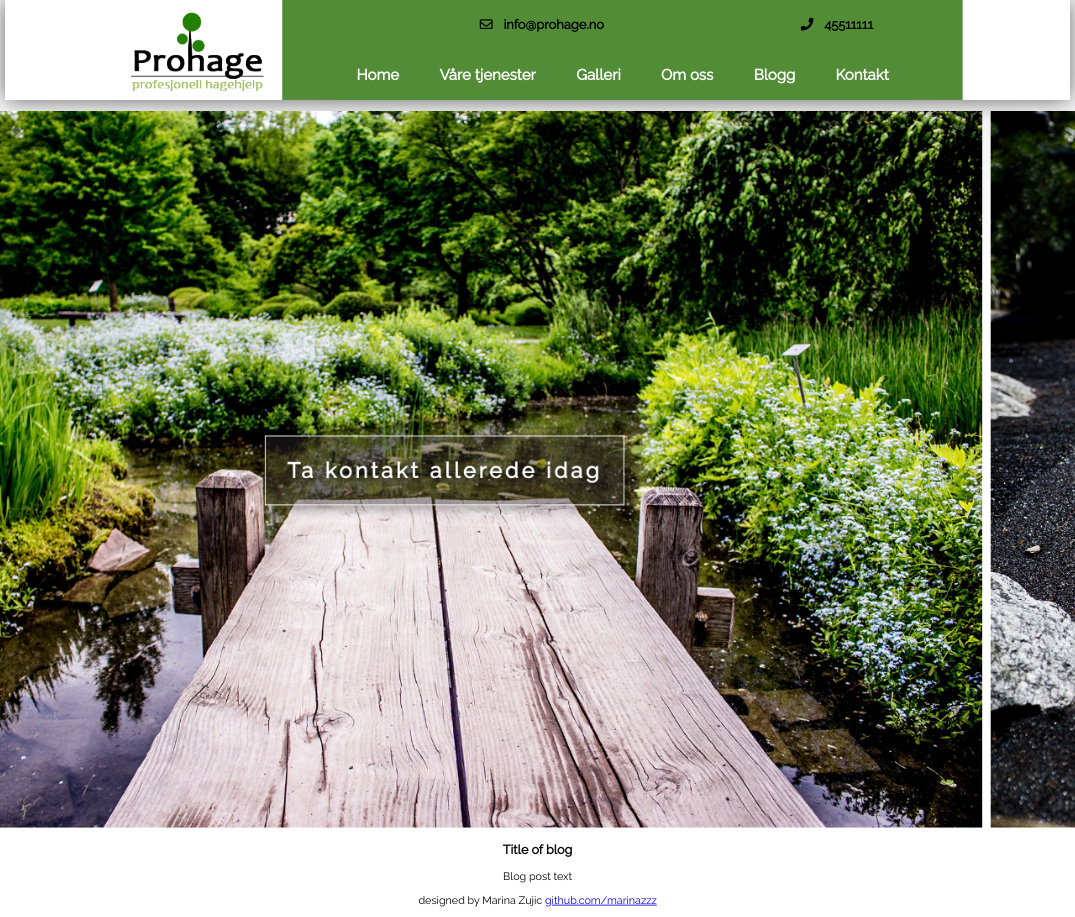
Repository: marinazzz/garden-design-website
Page: Garden design website/index.html
An editor plug-in stored every save of this project. The page is shown before and after the next save, followed by the edit.
The browser window is 1280 px wide. The pictures show the whole page, at 84% of full size.

Above is the page before, as saved 2020-03-30 13:45:04.

### Garden design website/index.html
<!DOCTYPE html>
<html lang="nb">
<head>
    <title>Hagedesign Oslo</title>
    <link rel="stylesheet" type="text/css" href="CSS/fontawesome-free-5.12.1-web/css/all.min.css">
    <link rel="stylesheet" type="text/css" href="CSS/style.css"/>
    <link rel="stylesheet" type="text/css" href="CSS/min-width-768px.css">
    <link rel="stylesheet" type="text/css" href="CSS/min-width-992px.css">
    <link rel="stylesheet" href="https://cdnjs.cloudflare.com/ajax/libs/animate.css/3.7.2/animate.min.css">
    <link rel="stylesheet" type="text/css" href="PLUGINS/glide-master/dist/css/glide.core.min.css" />
    <link rel="stylesheet" type="text/css" href="PLUGINS/glide-master/dist/css/glide.theme.min.css" />
    <link href="https://fonts.googleapis.com/css?family=Raleway&display=swap" rel="stylesheet">
    <meta name="viewport" content="width=device-width, initial-scale=1" charset="UTF-8">
</head>
<body>
    <header class="header--white-green">
        <div class="container__menu--small container__menu container--max-width"> <!--grid container-->
            <div class="container__logo"> <!--1.column-->
                <img class="logo"src="images/prohage black.png" alt="Prohage logo">
            </div>
            <div class="container__items--small container__items"> <!--2.column-->
                <div class="container__item"> <!--1.row-->
                     <a href="mailto:info@prohage.no"
                         class ="container__item-txt"><i class="far fa-envelope"></i>info@prohage.no</a>
                     <a href="tlf:45511111"
                         class="container__item-txt"><i class="fas fa-phone"></i>45511111</a>
                </div>
               <div class="container__item-bottom"> <!--2.row-->
                   <button class="menu__toggle">
                       <i class="fas fa-bars"></i>
                   </button>
                   <nav id="menu">
                        <ul class="menu__list">
                            <li class="menu__item">
                                <a class="menu__link" href="home">Home</a>
                            </li>
                            <li class="menu__item">
                                <a class="menu__link" href="#services">Våre tjenester</a>
                            </li>
                            <li class="menu__item">
                                <a class="menu__link" href="#gallery">Galleri</a>
                            </li>
                            <li class="menu__item">
                                <a class="menu__link" href="#about">Om oss</a>
                            </li>
                            <li class="menu__item">
                                <a class="menu__link" href="#blog">Blogg</a>
                            </li>
                            <li class="menu__item">
                                <a class="menu__link" href="kontakt">Kontakt</a>
                            </li>
                       </ul>
                   </nav>
               </div>
            </div>
        </div>
        <section id="main-photo">
            <div class="glide">
                <div class="glide__track"
                     data-glide-el="track">
                    <ul class="glide__slides">
                        <li class="glide__slide">
                            <img class="main-photo__item"
                                 srcset="images/daylight-environment-garden-2000.jpg 2000w,
                                         images/daylight-environment-garden-1000.jpg 1000w"
                                 sizes="(min-width: 1440px) 2000px, 100vw"
                                 src="images/daylight-environment-garden-2000.jpg" alt="Garden and plants" />
                                 <h1 class="main-photo__title">Profesjonell hagehjelp</h1>
                        </li>
                        <li class="glide__slide">
                            <img class="main-photo__item"
                                 srcset="images/main-header-photo-2000.jpg 2000w,
                                          images/main-header-photo-1000.jpg 1000w"
                                 sizes="(min-width: 1440px) 2000px, 100vw"
                                 src="images/main-header-photo-2000.jpg" alt="Garden and plants" />
                                 <h1 class="main-photo__title">Ta kontakt allerede idag</h1>
                                </li>
                        <li class="glide__slide">
                            <img class="main-photo__item"
                                 srcset="images/header-photo-2000.jpg 2000w,
                                         images/header-photo-1000.jpg 1000w"
                                 sizes="(min-width: 1440px) 2000px, 100vw"
                                 src="images/header-photo-2000.jpg" alt="Garden designed by proffesional" />
                                 <h1 class="main-photo__title">Rådgiving og tipser</h1>
                        </li>
                        <li class="glide__slide">
                            <img class="main-photo__item"
                                 srcset="images/bloom-blooming-blur-2000.jpg 2000w,
                                         images/bloom-blooming-blur-1000.jpg 1000w"
                                 sizes="(min-width: 1440px) 2000px, 100vw"
                                 src="images/bloom-blooming-blur-2000.jpg" alt="Garden designed by proffesional" />
                                 <h1 class="main-photo__title">Følg vår hageblogg</h1>
                        </li>
                    </ul>
                </div>
                <!--<div class="glide__arrows"
                         data-glide-el="controls">
                        <button class="glide__arrow glide__arrow--left"
                                data-glide-dir="<">
                            <i class="fas fa-chevron-circle-left"></i>
                        </button>
                        <button class="glide__arrow glide__arrow--right"
                                data-glide-dir=">">
                            <i class="fas fa-chevron-circle-right"></i>
                        </button>
                    </div>-->
            </div>

            <!--<img class="main-photo__item1"
                 srcset="images/architecture-clouds-daylight-2000.jpg 2000w,
                         images/architecture-clouds-daylight-1000.jpg 1000w"
                 sizes="(min-width: 1440px) 2000px, 100vw"
                 src="images/architecture-clouds-daylight-2000.jpg" alt="Garden">
            <img class="main-photo__item2"
                 srcset="images/header-photo-2000.jpg 2000w,
                         images/header-photo-1000.jpg 1000w"
                 sizes="(min-width: 1440px) 2000px, 100vw"
                 src="images/header-photo-2000.jpg" alt="Garden designed by proffesional" >
            <img class="main-photo__item3"
                 srcset="images/main-header-photo-2000.jpg 2000w,
                         images/main-header-photo-1000.jpg 1000w"
                 sizes="(min-width: 1440px) 2000px, 100vw"
                 src="images/main-header-photo-2000.jpg" alt="Garden and plants" >
            <h1 class="main-photo__title">Profesjonell hagehjelp</h1>-->
        </section>
     </header>
     <main>
         <section id="services">

         </section>
         <section id="gallery">

        </section>
         <article id="blog-posts">
             <h3>Title of blog</h2>
             <p>Blog post text</p>
         </article>
         <section id="about oss">

        </section>
     </main>
     <footer>
	     <p>designed by Marina Zujic
		     <a href="https://github.com/marinazzz">github.com/marinazzz</a>
	     </p>
     </footer>
     <script src="PLUGINS/glide-master/dist/glide.min.js"></script>
     <script>
        new Glide('.glide', {
            type: 'carousel',
            autoplay: true,
            hoverpause: false,
            perView: 1,
            direction: 'rtl',
            animationDuration: 10000
        }).mount()
      </script>
     <script src="JS/js-app.js"></script>
</body>
</html>

### Garden design website/CSS/style.css
html {
  font-size: 62.5%;
}

body {
  margin: 0;
  padding: 0;
  text-align: center;
  box-sizing: border-box;
  font-family: 'Raleway', sans-serif;
}

       /*__ HEADER__ */

/*color styles*/
.header--white-green {
  --header-bg-color: #528C36;
  --header-link-color: black;
  --header-menu-link: #fff;
  --header-toggle-color: #528C36;
}

/*main style*/
.container__menu--small {
  display: flex;
  justify-content: space-around;
  box-shadow: 0 0 2rem 0 rgba(0, 0, 0, 0.24), 0 0 30rem 0 rgba(0, 0, 0, 0.2);
}

.logo {
  max-height: 8rem;
  background: white;
}

.container__items--small {
  display: grid;
  grid-template-rows: 1fr 1fr;
  align-content: flex-end;
  width: 250px;
}

.container__item {
  align-self: center;
}

.container__item,
.container__item-bottom {
  text-align: end;
}

.container__item-txt {
  color: var(--header-link-color);
  text-decoration: none;
  font-size: 1.2rem;
}

.container__item > a:first-of-type {
  padding-right: 1.6rem;
}

.container__item-bottom > nav {
  text-align: center;
}

.menu__toggle {
  color: var(--header-bg-color);
  box-sizing: border-box;
  border: none;
  background-color: transparent;
  outline: none;
  font-size: 3rem;
  line-height: 0;
  padding: 0.5rem;
  color: var(--header-toggle-color);
  position: relative;
  z-index: 100;
}

.fa-phone,
.fa-envelope {
  margin-right: 1rem;
}


/* MENU */

#menu {
  display: none;
  position: absolute;
  top: auto;
  left: 0;
  width: 100%;
  padding-top: 1rem;
  background-color: var(--header-bg-color);
  z-index: 20;
}

.menu__list {
  padding: 0;
  margin: 0;
  display: flex;
  flex-direction: column;
}

.menu__item {
  display: block;
  margin-bottom: 1rem;
}

.menu__link {
  color: var(--header-menu-link);
  text-decoration: none;
  font-size: 1.4rem;
}

#menu.menu-opened {
  display: block;
}


/*FOR SMALL DEVICES*/

@media screen and (max-width: 420px) {

  .logo {
    max-height: 7rem;
  }

  .container__items--small {
    width: auto;
    align-self: center;
  }

  .container__item > a:first-of-type {
    padding-right: 1.3rem;
  }

  .container__item {
    text-align: center;
  }

  .fa-phone, .fa-envelope {
    margin-right: 0.3rem;
  }
}

/* MAIN PICTURE */

#main-photo {
  width: 100%;
  padding-top: 1rem;
}

.main-photo__title {
  position: absolute;
  color: white;
  background-color:#524a4a3b;
  border: 0.1rem solid white;
  filter: drop-shadow(2px 4px 6px black);
  padding: 2rem;
  margin: 0 auto;
  font-size: 1.5rem;
  letter-spacing: 0.2rem;
  top: 50%;
  left: 50%;
  transform: translate(-50%, -50%);
}



/* GLIDE SLIDER CSS OVERRIDES */

.glide__slides {
  margin: 0;
}

.glide__slide {
  position: relative;
}

/*#main-photo .glide__arrow  {
  font-size: 4rem;
  padding: 0;
  border-color: transparent;
  box-shadow: none;
  border-radius: 50%;
  line-height: 0;
  transition: all 200ms ease-in-out;
}

#main-photo .glide__arrow:hover {
  border-color: #252525;
  color: #252525;
}*/



/*#main-photo {
  position: relative;
}

.main-photo__item {
   width: 100%;
}

.main-photo__title {
  position: absolute;
  bottom: 1rem;
  left: 20rem;
  font-size: 2rem;
}*/



/*1. COLOR OPTION*/
/* CSS variables*/
/* :root {
  --header-bg-color: #4daa57;
  --header-top-bg-color: #252525;
  --header-toggle-color: #fff;
}*/

/*.top-header__item {
  color: var(--header-link-color);
  text-decoration: none;
  font-size: 1.4rem;
}*/


/*------MAIN----------*/

### Garden design website/CSS/min-width-768px.css
@media screen and (min-width: 768px) {

  html {
    font-size: 70%;
  }

   /* HEADER */


   .container__menu,
   .container__items {
    display: grid;
   }

   .container__menu {
    grid-template-columns: 2fr 80%;
    box-shadow: 0 0 2rem 0 rgba(0, 0, 0, 0.62), 0 0 30rem 0 rgba(0, 0, 0, 0.19);
  }

  .container__items {
    grid-template-rows: 1fr 1fr;
    background: var(--header-bg-color);
    width: auto;
  }

  .container__item,
  .container__item-bottom {
    display: flex;
  }

  .container__item {
    align-self: center;
    justify-content: space-around;
    /*padding-left: 23rem;*/
  }

  .container__item-bottom {
    align-items: center;
  }

  .menu__toggle {
    display: none;
  }

  /* NAVIGATION */

  #menu,
  .menu-opened .menu__item .menu__link {
    display: block;
  }

  #menu {
    position: static;
    padding: 0;
    top: 0;
  }

  #menu,
  .menu_list {
    height: 100%;
  }

  .menu__list {
    height: 100%;
    flex-direction: row;
    justify-content: center;
    align-items: center;
  }

  .menu__item {
    height: 100%;
    display: block;
    flex-grow: 1;
    margin: 0;
    line-height: 4.5rem;
  }

  .menu__item:hover {
    background-color:#272727;
  }

  .menu__link:active {
    color:black;
  }

  .menu__link,
  .container__item-txt {
    font-weight: bold;
  }

  /* color styles */

  :root {
    /*header*/
    --header-bg-color:#528C36;
    --link-color: #FCFDF9;
  }

  /* MAIN PHOTO */

  .main-photo__title {
    font-size: 2rem;
    letter-spacing: 0.3rem;
}

}

### Garden design website/CSS/min-width-992px.css
@media screen and (min-width: 992px) {
    html {
        font-size: 80%;
    }

    .container--max-width {
        max-width: 1012px;
        margin: auto;
        padding: 0 10rem 0 10rem;
    }

   /* HEADER */

    .logo {
        max-height: 9rem;
    }

    .container__item {
        padding-left: 10rem;
    }

    .container__item-bottom {
        padding: 0 5rem;
    }
}

@media screen and (min-width: 1440px) {

    /* HEADER */

    .container__item {
        padding-left: 22rem;
    }

    /* MAIN PHOTO */

    .main-photo__title {
        font-size: 3rem;
        letter-spacing: 0.5rem;
    }
}

@media screen and (min-width: 2560px) {

    .logo {
        max-height: 12rem;
    }

    .container__item {
        justify-self: center;
    }

    .container__item > a:first-of-type {
        padding: 0 13rem;
    }

    .container__item-bottom {
        padding: 0 40rem;
    }
}

### Garden design website/JS/js-app.js
let mainNav = document.getElementById("menu");

let navBarToggle = document.querySelector(".menu__toggle");

navBarToggle.addEventListener("click", function () {

    mainNav.classList.toggle("menu-opened");
});

Loaded but not shown: Garden design website/CSS/fontawesome-free-5.12.1-web/css/all.min.css (library); Garden design website/PLUGINS/glide-master/dist/css/glide.core.min.css (common file); Garden design website/PLUGINS/glide-master/dist/css/glide.theme.min.css (common file); Garden design website/PLUGINS/glide-master/dist/glide.min.js (library)

After the next save:
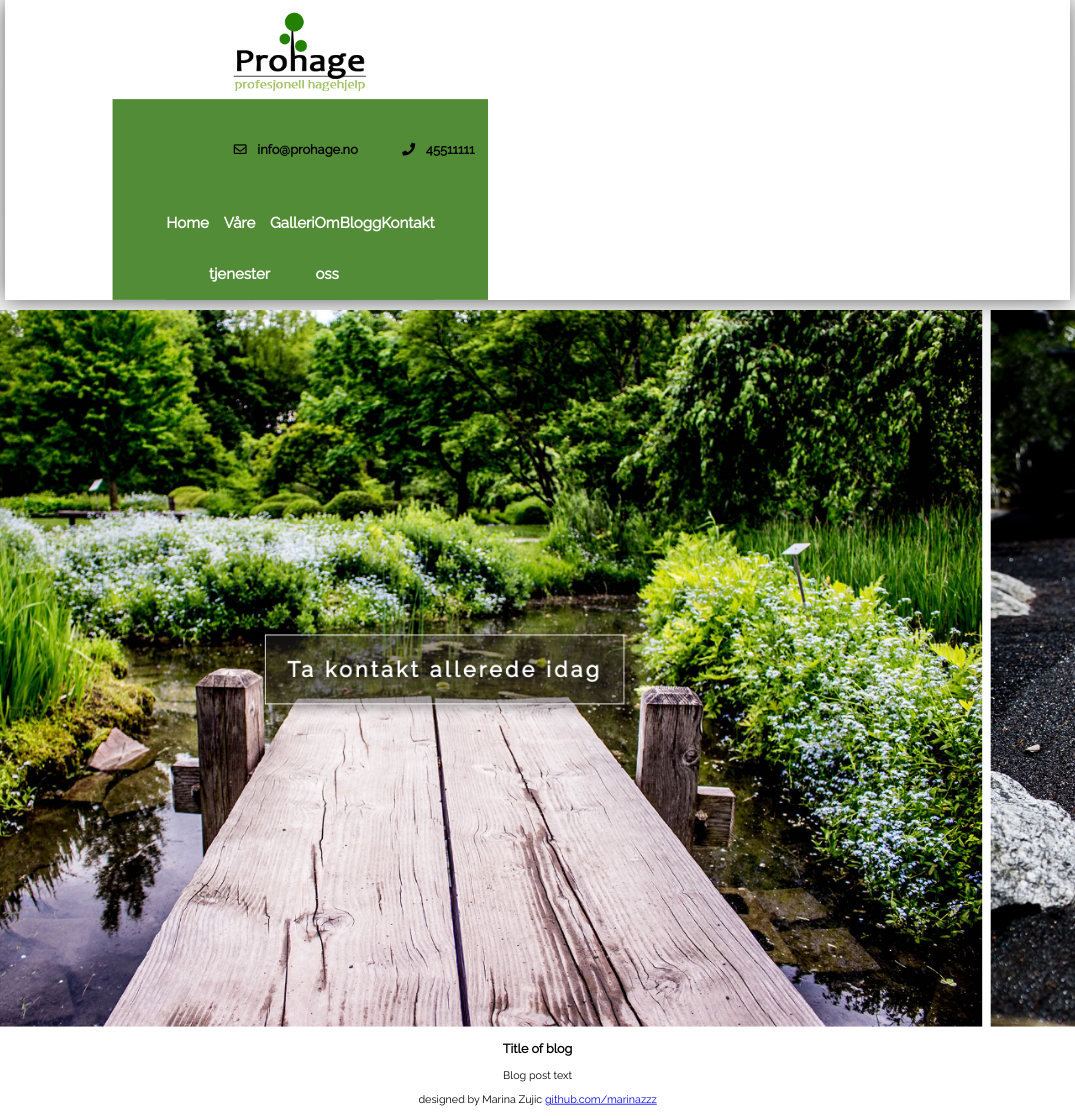
Saved 15 min 57 s later.
--- a/Garden design website/index.html
+++ b/Garden design website/index.html
@@ -15,6 +15,7 @@
 <body>
     <header class="header--white-green">
         <div class="container__menu--small container__menu container--max-width"> <!--grid container-->
+            <div class="wrapper">
             <div class="container__logo"> <!--1.column-->
                 <img class="logo"src="images/prohage black.png" alt="Prohage logo">
             </div>
@@ -52,6 +53,7 @@
                        </ul>
                    </nav>
                </div>
+            </div>
             </div>
         </div>
         <section id="main-photo">
